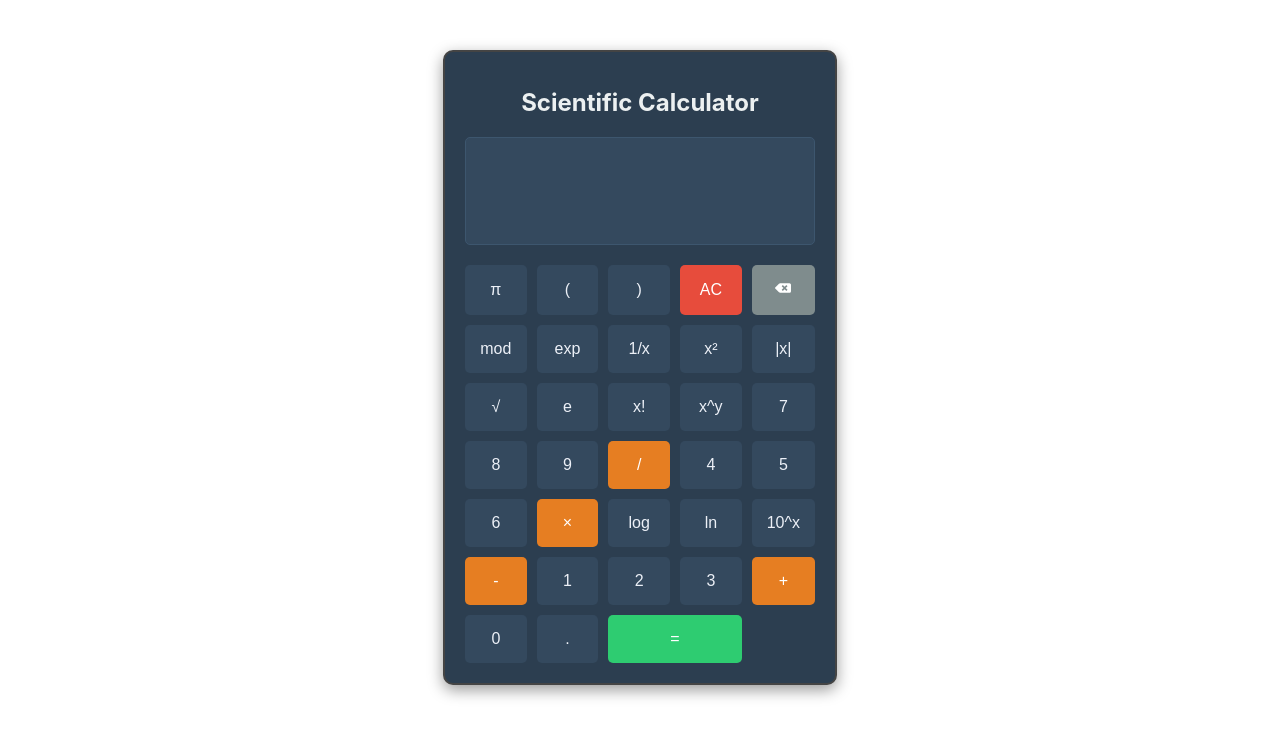
Repository: thesaherriaz/Calculator-React
Page: /
These files come from the project's save history. The page is drawn as it stood at one moment and after the next save; the edit follows.
The browser window is 1280 px wide. The pictures show the whole page.
The project was rebuilt for these pictures with package versions that can differ from the ones it lists, and the page was loaded fresh each time.

Above is the page before, as saved 2025-06-20 12:45:25.

### public/index.html
<!DOCTYPE html>
<html lang="en">
  <head>
    <meta charset="utf-8" />
    <link rel="icon" href="%PUBLIC_URL%/favicon.ico" />
    <meta name="viewport" content="width=device-width, initial-scale=1" />
    <meta name="theme-color" content="#000000" />
    <meta
      name="description"
      content="Web site created using create-react-app"
    />
    <link rel="apple-touch-icon" href="%PUBLIC_URL%/logo192.png" />
    <link rel="stylesheet" href="https://cdnjs.cloudflare.com/ajax/libs/font-awesome/6.0.0/css/all.min.css">
    <!--
      manifest.json provides metadata used when your web app is installed on a
      user's mobile device or desktop. See https://developers.google.com/web/fundamentals/web-app-manifest/
    -->
    <link rel="manifest" href="%PUBLIC_URL%/manifest.json" />
    <!--
      Notice the use of %PUBLIC_URL% in the tags above.
      It will be replaced with the URL of the `public` folder during the build.
      Only files inside the `public` folder can be referenced from the HTML.

      Unlike "/favicon.ico" or "favicon.ico", "%PUBLIC_URL%/favicon.ico" will
      work correctly both with client-side routing and a non-root public URL.
      Learn how to configure a non-root public URL by running `npm run build`.
    -->
    <title>React App</title>
  </head>
  <body>
    <noscript>You need to enable JavaScript to run this app.</noscript>
    <div id="root"></div>
    <!--
      This HTML file is a template.
      If you open it directly in the browser, you will see an empty page.

      You can add webfonts, meta tags, or analytics to this file.
      The build step will place the bundled scripts into the <body> tag.

      To begin the development, run `npm start` or `yarn start`.
      To create a production bundle, use `npm run build` or `yarn build`.
    -->
  </body>
</html>

### src/App.js
import React from 'react'
import Calculator from './compnents/Calculator'

function App() {
  return (
    <Calculator />
  )
}

export default App

### src/compnents/Calculator.jsx
import React, { useState } from 'react';
import './Calculator.css';
import { FaBackspace } from "react-icons/fa";

function Calculator() {
    const [input, setInput] = useState('');
    const [result, setResult] = useState('');

    const handleClick = (value) => {
        if (value === 'AC') {
            setInput('');
            setResult('');
        } else if (value === 'DEL') {
            setInput(prev => prev.slice(0, -1));
        } else if (value === '=') {
            calculateResult();
        } else if (value === '√') {
            setInput(prev => `Math.sqrt(${prev})`);
        } else if (value === 'x²') {
            setInput(prev => `Math.pow(${prev},2)`);
        } else if (value === 'x^y') {
            setInput(prev => `${prev}^`);
        } else if (value === '1/x') {
            setInput(prev => `1/(${prev})`);
        } else if (value === 'log') {
            setInput(prev => `Math.log10(${prev})`);
        } else if (value === 'ln') {
            setInput(prev => `Math.log(${prev})`);
        } else if (value === 'π') {
            setInput(prev => prev + 'Math.PI');
        } else if (value === 'e') {
            setInput(prev => prev + 'Math.E');
        } else if (value === '10^x') {
            setInput(prev => `Math.pow(10,${prev})`);
        } else if (value === 'x!') {
            setInput(prev => `factorial(${prev})`);
        } else {
            setInput(prev => prev + value);
        }
    };

    const factorial = (n) => {
        if (n < 0) return NaN;
        if (n <= 1) return 1;
        return n * factorial(n - 1);
    };

    const calculateResult = () => {
        try {
            // Replace ^ with ** for exponentiation
            let expression = input.replace(/\^/g, '**');
            // Evaluate the expression
            setResult(eval(expression).toString());
        } catch (error) {
            setResult('Error');
        }
    };

    return (
        <div className="calculator">
            <h1>Scientific Calculator</h1>
            <div className="display">
                <div className="input">{input}</div>
                <div className="result">{result}</div>
            </div>
            <div className="buttons">
                <button onClick={() => handleClick('π')}>π</button>
                <button onClick={() => handleClick('(')}>(</button>
                <button onClick={() => handleClick(')')}>)</button>
                <button onClick={() => handleClick('AC')} className="clear">AC</button>
                <button onClick={() => handleClick('DEL')} className="delete"><FaBackspace /></button>

                <button onClick={() => handleClick('mod')}>mod</button>
                <button onClick={() => handleClick('exp')}>exp</button>
                <button onClick={() => handleClick('1/x')}>1/x</button>
                <button onClick={() => handleClick('x²')}>x²</button>
                <button onClick={() => handleClick('Math.abs()')}>|x|</button>

                <button onClick={() => handleClick('√')}>√</button>
                <button onClick={() => handleClick('e')}>e</button>
                <button onClick={() => handleClick('x!')}>x!</button>
                <button onClick={() => handleClick('x^y')}>x^y</button>

                <button onClick={() => handleClick('7')}>7</button>
                <button onClick={() => handleClick('8')}>8</button>
                <button onClick={() => handleClick('9')}>9</button>
                <button className="operator" onClick={() => handleClick('/')}>/</button>

                <button onClick={() => handleClick('4')}>4</button>
                <button onClick={() => handleClick('5')}>5</button>
                <button onClick={() => handleClick('6')}>6</button>
                <button className="operator" onClick={() => handleClick('*')}>×</button>

                <button onClick={() => handleClick('log')}>log</button>
                <button onClick={() => handleClick('ln')}>ln</button>
                <button onClick={() => handleClick('10^x')}>10^x</button>
                <button className="operator" onClick={() => handleClick('-')}>-</button>

                <button onClick={() => handleClick('1')}>1</button>
                <button onClick={() => handleClick('2')}>2</button>
                <button onClick={() => handleClick('3')}>3</button>
                <button className="operator" onClick={() => handleClick('+')}>+</button>

                <button onClick={() => handleClick('0')}>0</button>
                <button onClick={() => handleClick('.')}>.</button>
                <button className="equals" onClick={() => handleClick('=')}>=</button>
            </div>
        </div>
    );
}

export default Calculator;

### src/compnents/Calculator.css
.calculator {
    width: 350px;
    margin: 50px auto;
    border: 2px solid #444;
    border-radius: 10px;
    padding: 20px;
    background-color: #2c3e50;
    box-shadow: 0 5px 15px rgba(0, 0, 0, 0.4);
    color: white;
}

.calculator h1 {
    text-align: center;
    color: #ecf0f1;
    margin-bottom: 20px;
    font-size: 1.5em;
}

.display {
    background-color: #34495e;
    border: 1px solid #3d566e;
    border-radius: 5px;
    padding: 15px;
    margin-bottom: 20px;
    text-align: right;
    min-height: 70px;
}

.input {
    font-size: 1.2em;
    color: #bdc3c7;
    min-height: 1.2em;
    margin-bottom: 10px;
    word-wrap: break-word;
}

.result {
    font-size: 1.8em;
    font-weight: bold;
    color: #ecf0f1;
    min-height: 1.5em;
    word-wrap: break-word;
}

.buttons {
    display: grid;
    grid-template-columns: repeat(5, 1fr);
    grid-gap: 10px;
}

button {
    padding: 15px;
    font-size: 1em;
    border: none;
    border-radius: 5px;
    background-color: #34495e;
    color: #ecf0f7;
    cursor: pointer;
    transition: all 0.2s;
}

button:hover {
    background-color: #3d566e;
}

button:active {
    transform: scale(0.95);
}

.operator {
    background-color: #e67e22;
    color: white;
}

.operator:hover {
    background-color: #d35400;
}

.clear {
    background-color: #e74c3c;
    color: white;
}

.clear:hover {
    background-color: #c0392b;
}

.delete {
    background-color: #7f8c8d;
    color: white;
}

.delete:hover {
    background-color: #95a5a6;
}

.equals {
    background-color: #2ecc71;
    color: white;
    grid-column: span 2;
}

.equals:hover {
    background-color: #27ae60;
}

/* Scientific buttons
button:nth-child(1),
button:nth-child(2),
button:nth-child(3),
button:nth-child(4),
button:nth-child(5),
button:nth-child(6),
button:nth-child(11),
button:nth-child(12),
button:nth-child(13),
button:nth-child(14),
button:nth-child(19),
button:nth-child(20),
button:nth-child(21) {
    background-color: #3498db;
}

button:nth-child(1):hover,
button:nth-child(2):hover,
button:nth-child(3):hover,
button:nth-child(4):hover,
button:nth-child(5):hover,
button:nth-child(6):hover,
button:nth-child(11):hover,
button:nth-child(12):hover,
button:nth-child(13):hover,
button:nth-child(14):hover,
button:nth-child(19):hover,
button:nth-child(20):hover,
button:nth-child(21):hover {
    background-color: #2980b9;
} */

Loaded but not shown: src/index.js (common file); src/index.css (common file); src/reportWebVitals.js (common file)

After the next save:
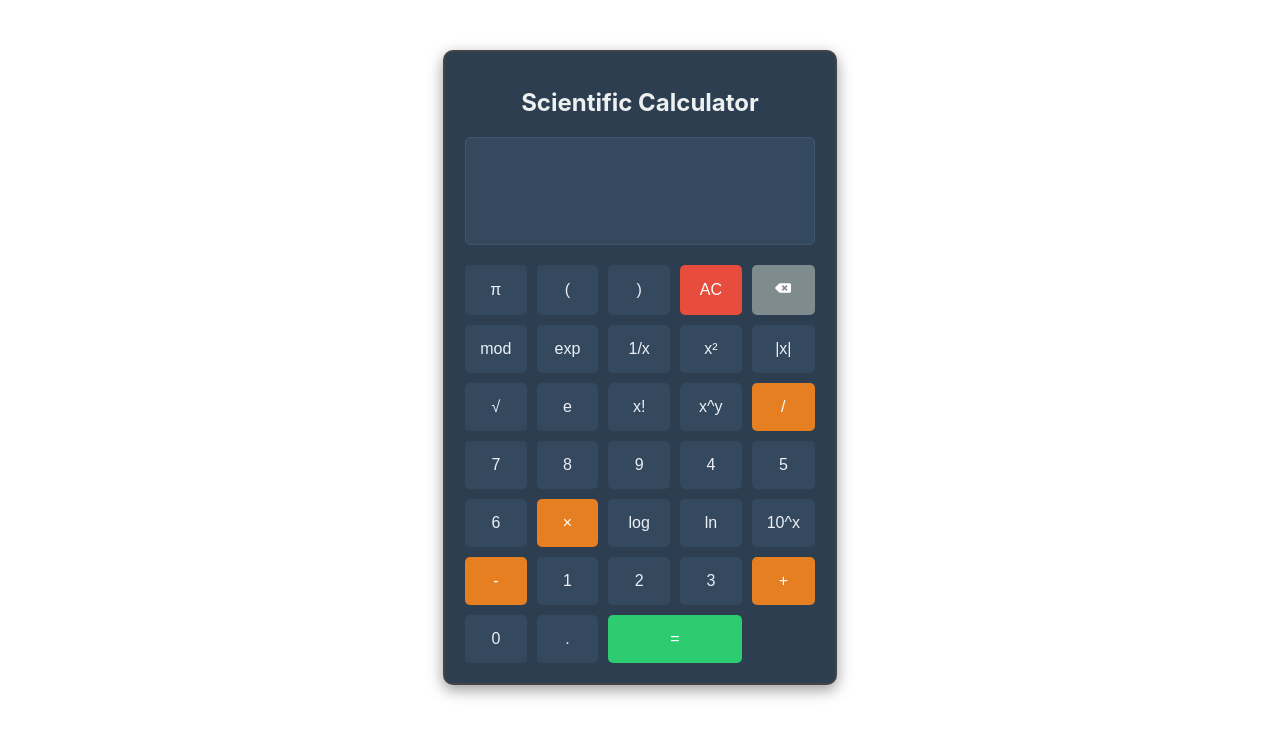
Saved 13 s later.
--- a/src/compnents/Calculator.jsx
+++ b/src/compnents/Calculator.jsx
@@ -80,11 +80,11 @@ function Calculator() {
                 <button onClick={() => handleClick('e')}>e</button>
                 <button onClick={() => handleClick('x!')}>x!</button>
                 <button onClick={() => handleClick('x^y')}>x^y</button>
+                <button className="operator" onClick={() => handleClick('/')}>/</button>
 
                 <button onClick={() => handleClick('7')}>7</button>
                 <button onClick={() => handleClick('8')}>8</button>
                 <button onClick={() => handleClick('9')}>9</button>
-                <button className="operator" onClick={() => handleClick('/')}>/</button>
 
                 <button onClick={() => handleClick('4')}>4</button>
                 <button onClick={() => handleClick('5')}>5</button>
